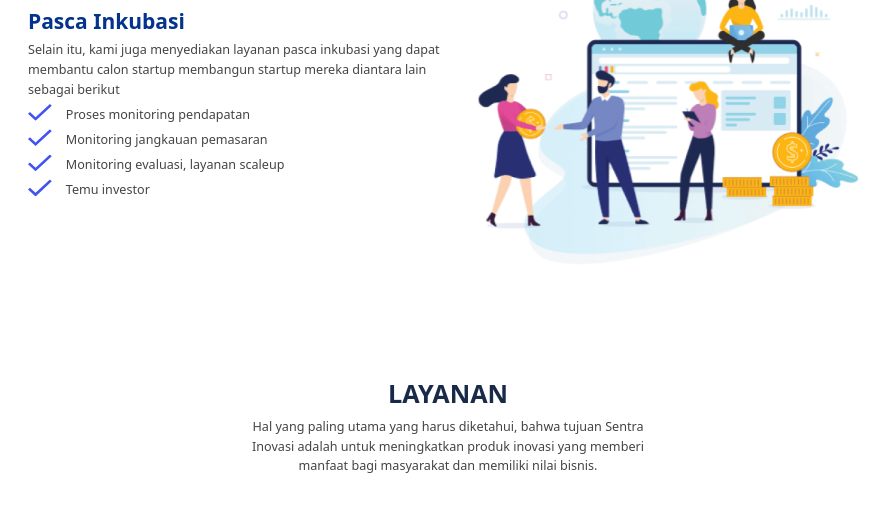
Repository: whytrno/sinovi-products
Page: /
These files come from the project's save history. The page is drawn as it stood at one moment and after the next save; the edit follows.
The browser window is 1280 px wide. The pictures show the part of the page from y = 2942 to 4862 px (the page is 3700 px tall before and 4862 px after), at 70% of full size.
The project was rebuilt for these pictures with package versions that can differ from the ones it lists, and the page was loaded fresh each time. The framework's server and built-in components were replaced by stand-ins that run in the browser. Also part of the build but not shown: next.config.js.

Above is the page before, as saved 2023-02-24 10:18:29.

After the next save:
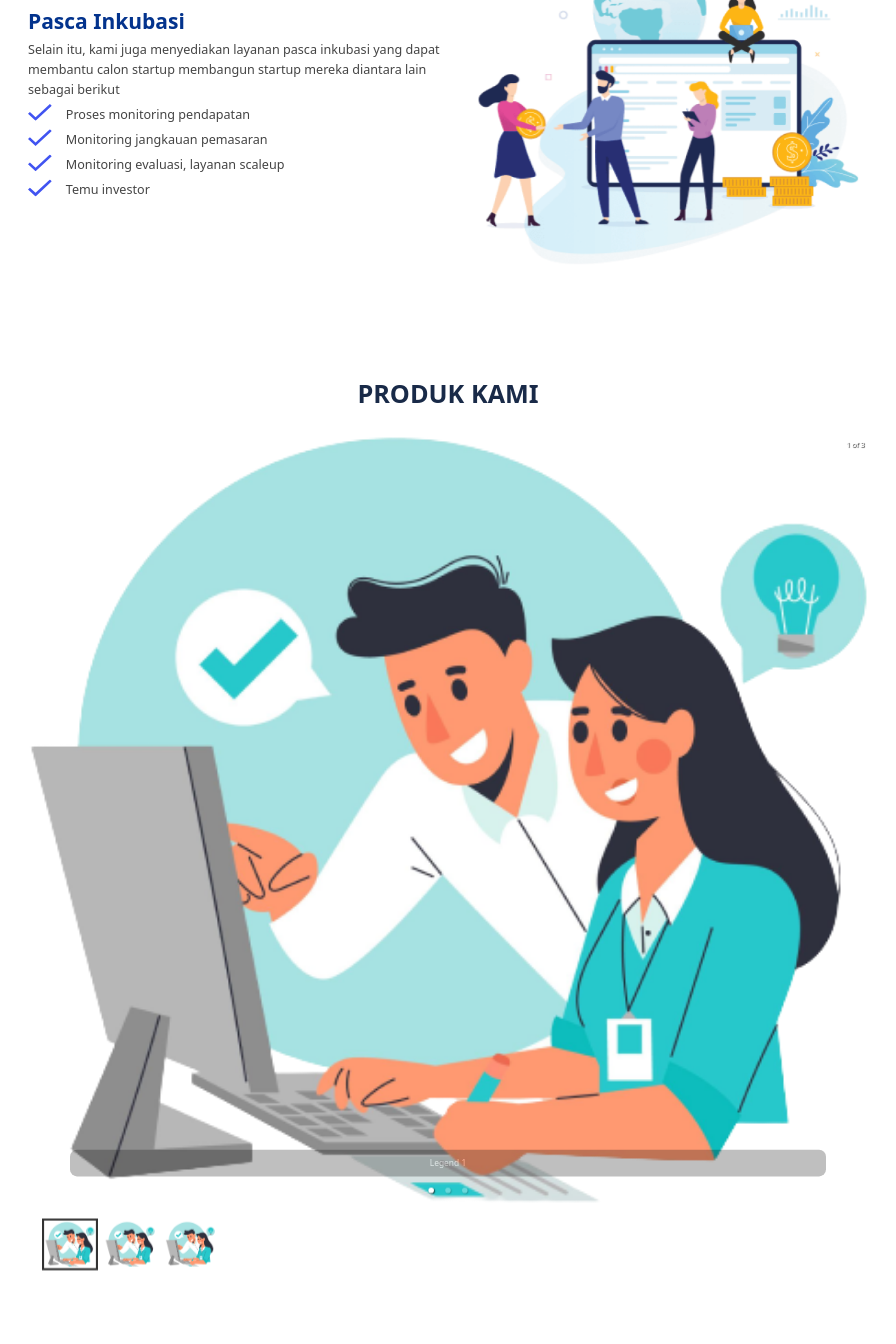
Saved 4 min 8 s later.
--- a/components/Produk.js
+++ b/components/Produk.js
@@ -1,12 +1,26 @@
+import "react-responsive-carousel/lib/styles/carousel.min.css"; // requires a loader
+import { Carousel } from 'react-responsive-carousel';
+
 export default function Produk() {
     return (
         <div className="py-20 px-10 2xl:px-60 space-y-10">
             <div className="text-center space-y-3">
-                <h1 className="text-4xl text-title font-semibold">LAYANAN</h1>
-                <div className="flex justify-center">
-                    <p className="text-paragraph w-1/2 text-center text-lg">Hal yang paling utama yang harus diketahui, bahwa tujuan Sentra Inovasi adalah untuk meningkatkan produk inovasi yang memberi manfaat bagi masyarakat dan memiliki nilai bisnis.</p>
+                <h1 className="text-4xl text-title font-semibold">PRODUK KAMI</h1>
+            </div>
+            <Carousel>
+                <div>
+                    <img src="hero.png" />
+                    <p className="legend">Legend 1</p>
                 </div>
-            </div>
+                <div>
+                    <img src="hero.png" />
+                    <p className="legend">Legend 2</p>
+                </div>
+                <div>
+                    <img src="hero.png" />
+                    <p className="legend">Legend 3</p>
+                </div>
+            </Carousel>
         </div>
     )
 }
